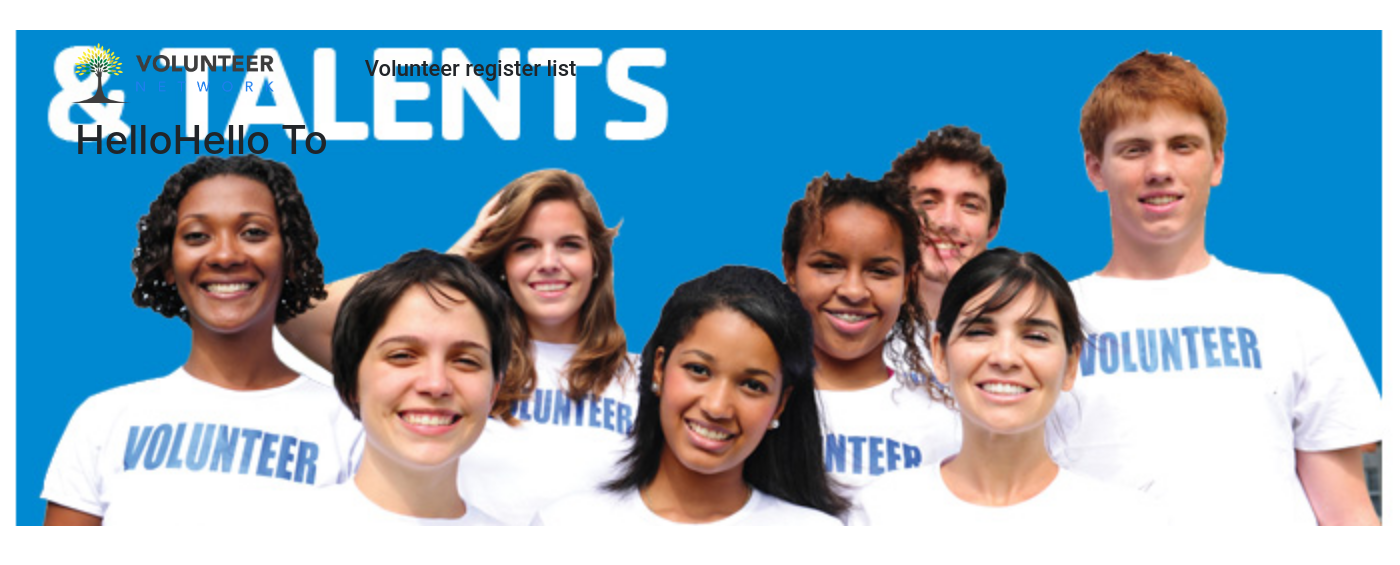
Repository: MdTahsinAmin/volunteer-network-client
Page: /adminPanel
An editor plug-in stored every save of this project. The page is shown before and after the next save, followed by the edit.
The browser window is 1280 px wide. The page is 1400 px wide, so the pictures cover 1400 px, including what lies to the right of the window. The pictures show the whole page.
The project was rebuilt for these pictures with package versions that can differ from the ones it lists, and the page was loaded fresh each time.

Above is the page before, as saved 2020-10-04 23:09:08.

After the next save:
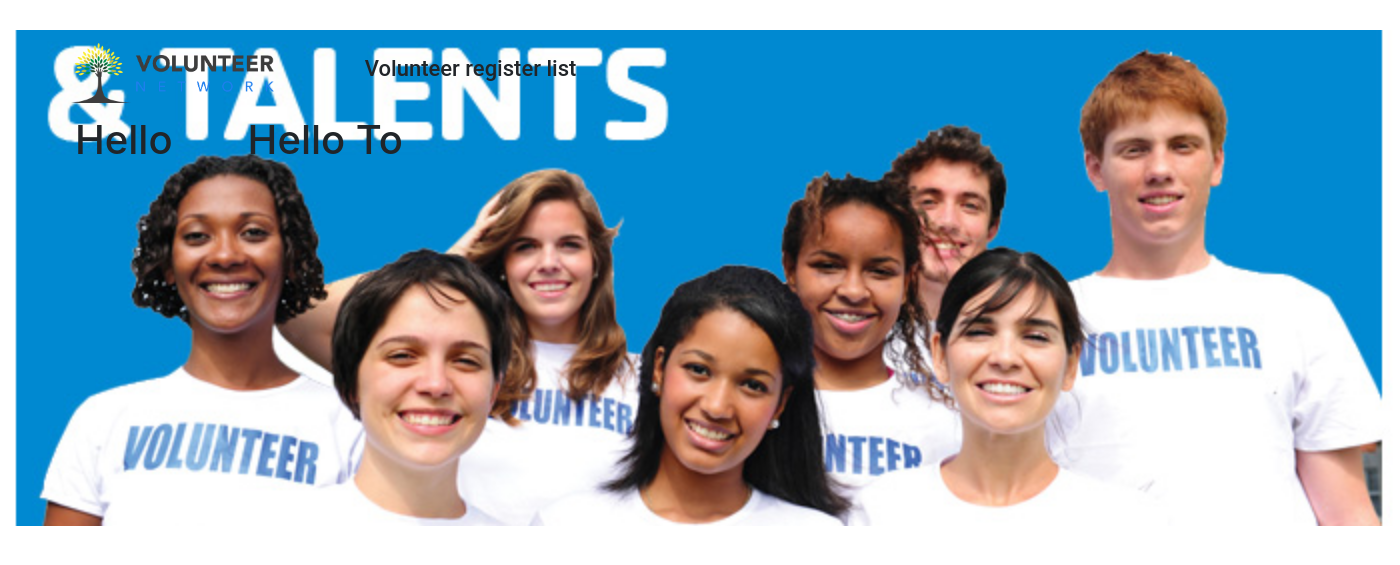
Saved 27 s later.
--- a/src/components/AdminPanel/AdminPanel.css
+++ b/src/components/AdminPanel/AdminPanel.css
@@ -23,4 +23,5 @@
 }
 .Volunteer-list{
     width:75%;
+    margin-left:75px;
 }
